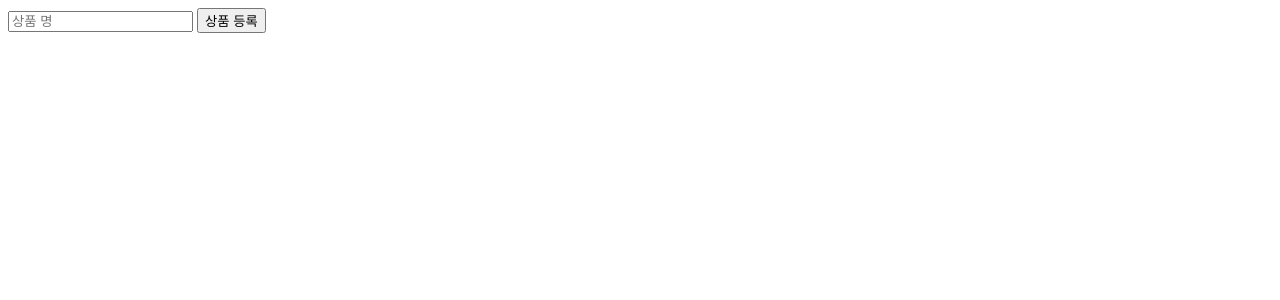
Repository: cutekang/jsp_study
Page: http://localhost/mybatis/write.jsp
These files come from the project's save history. The page is drawn as it stood at one moment and after a run of saves; the edit follows.
The browser window is 1280 px wide. The pictures show the whole page.
The page is served by Tomcat 9.

Above is the page before, as saved 2025-03-05 06:16:05.

After the next 2 saves:
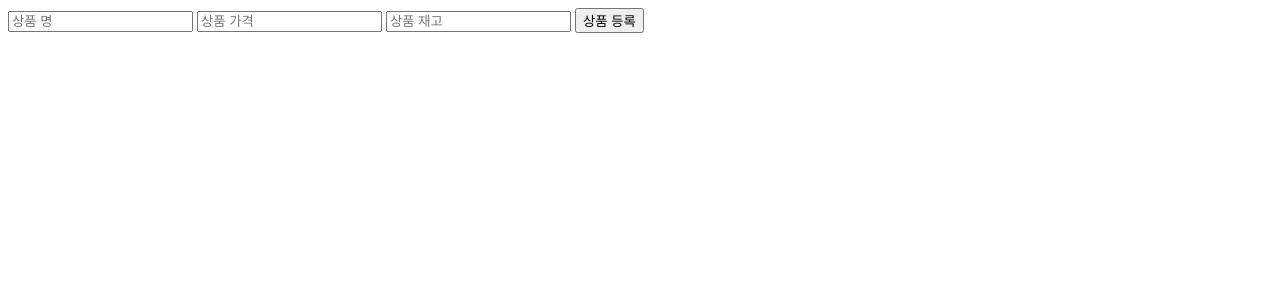
The 2 saves are shown as one change because they came seconds apart.
The last was saved 31 s later.
--- a/mybatis/src/main/webapp/write.jsp
+++ b/mybatis/src/main/webapp/write.jsp
@@ -11,6 +11,12 @@
 		<label>
 			<input type="text" name="productName" placeholder="상품 명">
 		</label>
+		<label>
+			<input type="text" name="productPrice" placeholder="상품 가격">
+		</label>
+		<label>
+			<input type="text" name="productStock" placeholder="상품 재고">
+		</label>
 		<button>상품 등록</button>
 	</form>
 </body>
